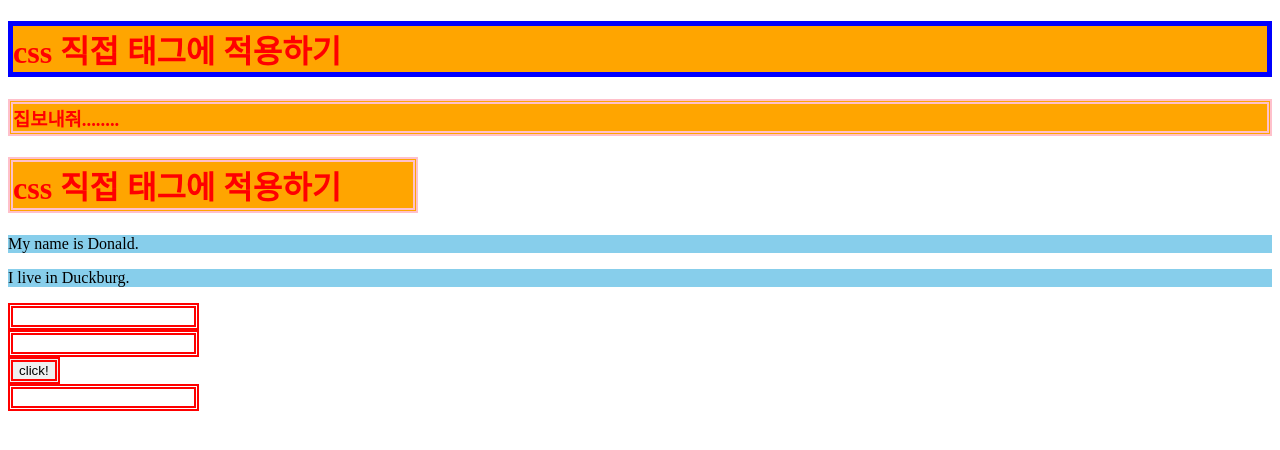
Repository: JeongHyeongKim/practice_myself
Page: Si_basic/WebProject/setp01_HTMLCS/WebContent/CSS/ex02_CSSExternal.html
The author's editor kept a copy of each file at every save. The page is drawn from the files as they stood at one save, then again after the next save.
The browser window is 1280 px wide. The pictures show the whole page.

Above is the page before, as saved 2019-04-22 08:08:17.

After the next save:
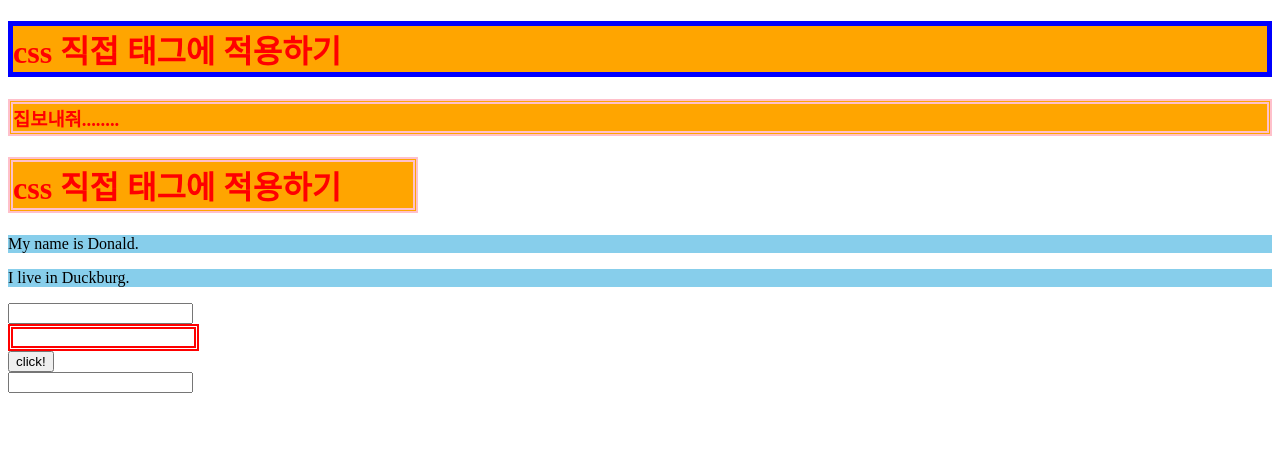
Saved 21 s later.
--- a/Si_basic/WebProject/setp01_HTMLCS/WebContent/CSS/ex02_CSSExternal.html
+++ b/Si_basic/WebProject/setp01_HTMLCS/WebContent/CSS/ex02_CSSExternal.html
@@ -21,7 +21,7 @@
 		/*div p {background-color:skyblue;}*/ /*div태그 밑에 있는 모든 하위요소를 찾는다.*/
 
 		/* 5. 속성으로 찾기 [] */
-		input{border:double red 5px;}
+		input[type="password"]{border:double red 5px;}
 	</style>
 </head>
 	<body>
